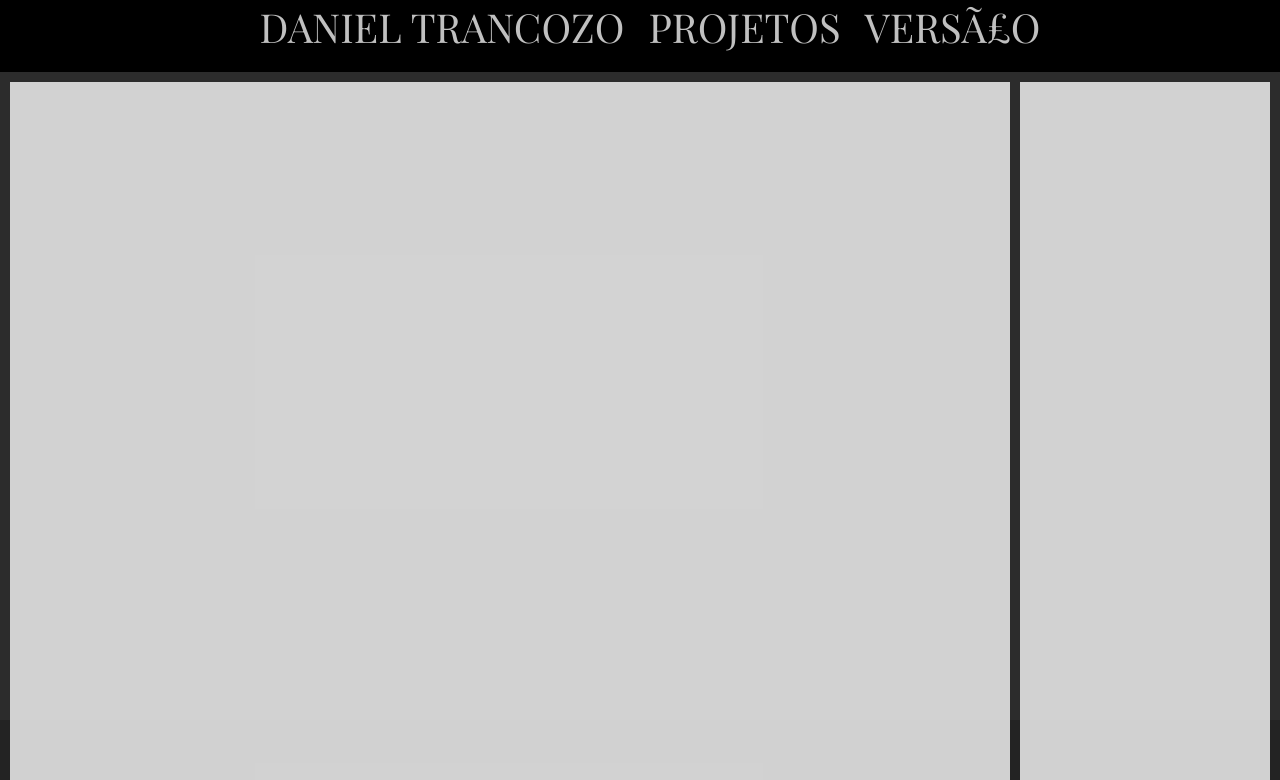
Repository: danieltrancozo/danieltrancozo.github.io
Page: index.html
These files come from the project's save history. The page is drawn as it stood at one moment and after the next save; the edit follows.
The browser window is 1280 px wide. The pictures show the whole page.

Above is the page before, as saved 2021-05-05 19:09:08.

After the next save:
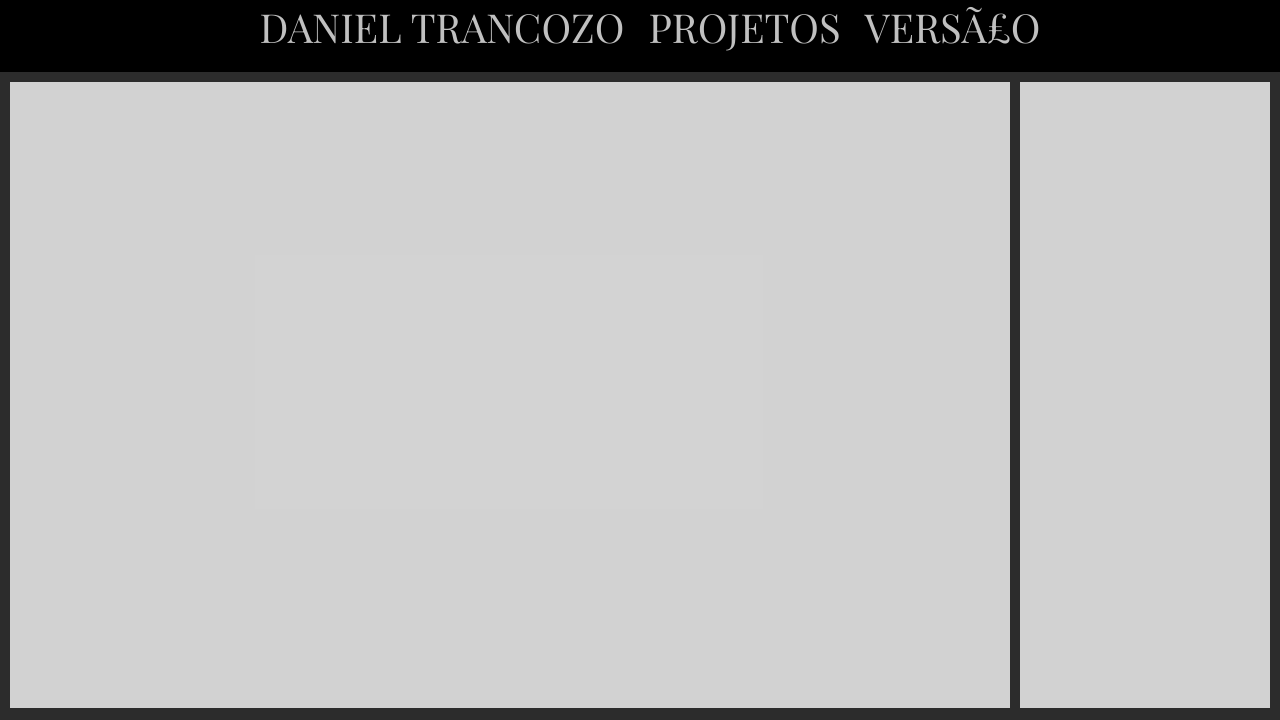
Saved 33 s later.
--- a/css/estilo3.css
+++ b/css/estilo3.css
@@ -53,7 +53,7 @@ body{
 .cgrid{
     display: grid;
     grid-template-columns: 4fr 1fr;
-    grid-template-rows: 97vh;
+    grid-template-rows: 87vh;
     grid-gap: 10px;
     grid-template-areas: "main aside";
     margin: 10px;
